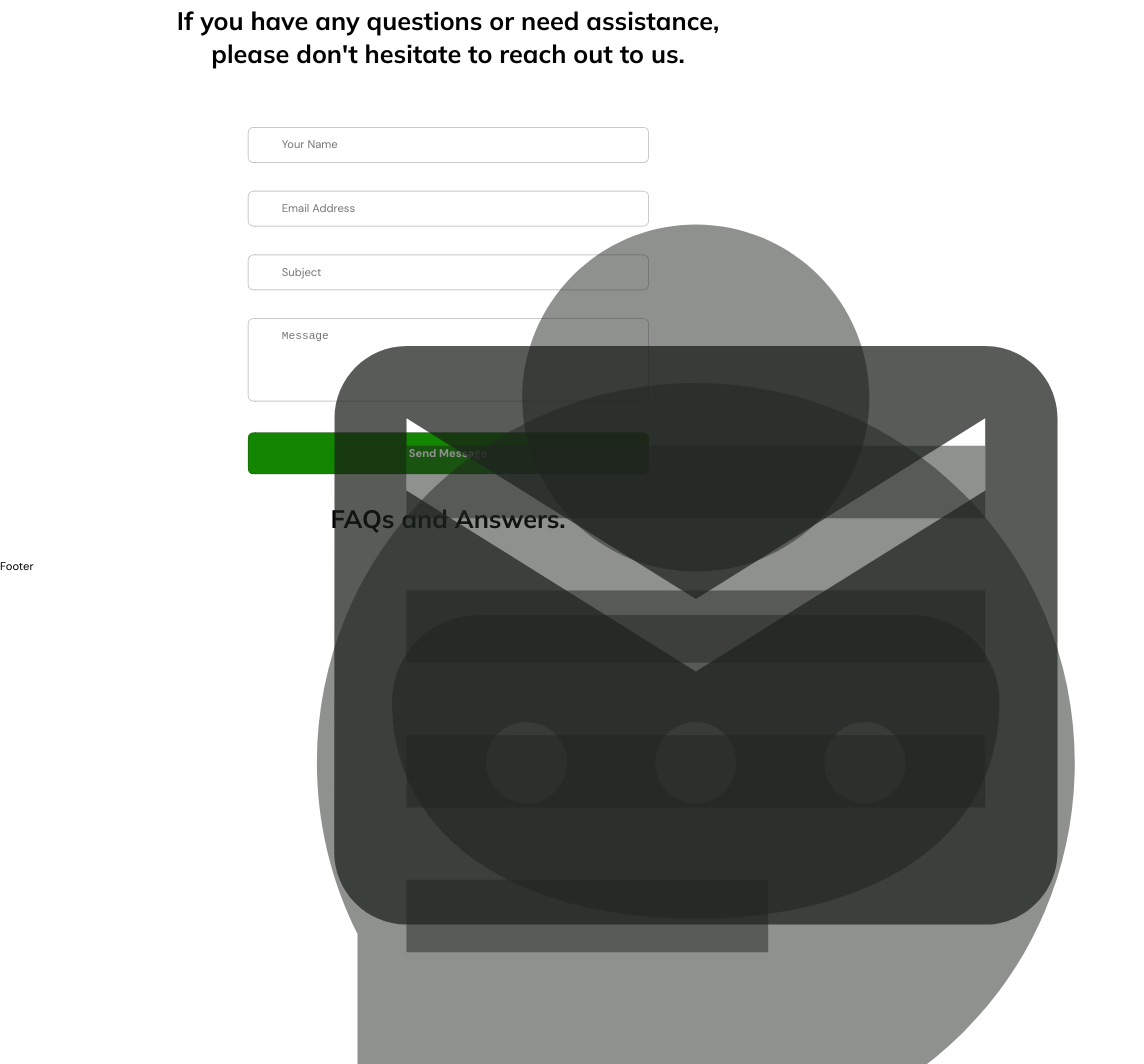
Repository: nacossuil/Uil-Nacos-Web
Page: /contact (app in frontend/)
The author's editor kept a copy of each file at every save. The page is drawn from the files as they stood at one save, then again after the next save.
The browser window is 1280 px wide. The page is 1634 px wide, so the pictures cover 1634 px, including what lies to the right of the window. The pictures show the part of the page from y = 431 to 1951 px (the page is 2160 px tall), at 70% of full size.
The project was rebuilt for these pictures with package versions that can differ from the ones it lists, and the page was loaded fresh each time. Also part of the build but not shown: frontend/vite.config.js, frontend/src/components/Home/About/About.jsx, frontend/src/components/Home/Hero/Hero.jsx, frontend/src/pages/Home/HomePage.jsx, frontend/src/pages/About/AboutPage.jsx, frontend/src/pages/Events/EventsPage.jsx, frontend/src/pages/Opportunities/tempData.js, frontend/src/pages/Opportunities/OpportunitiesPage.jsx and 1 more.

Above is the page before, as saved 2023-11-15 13:13:53.

After the next save:
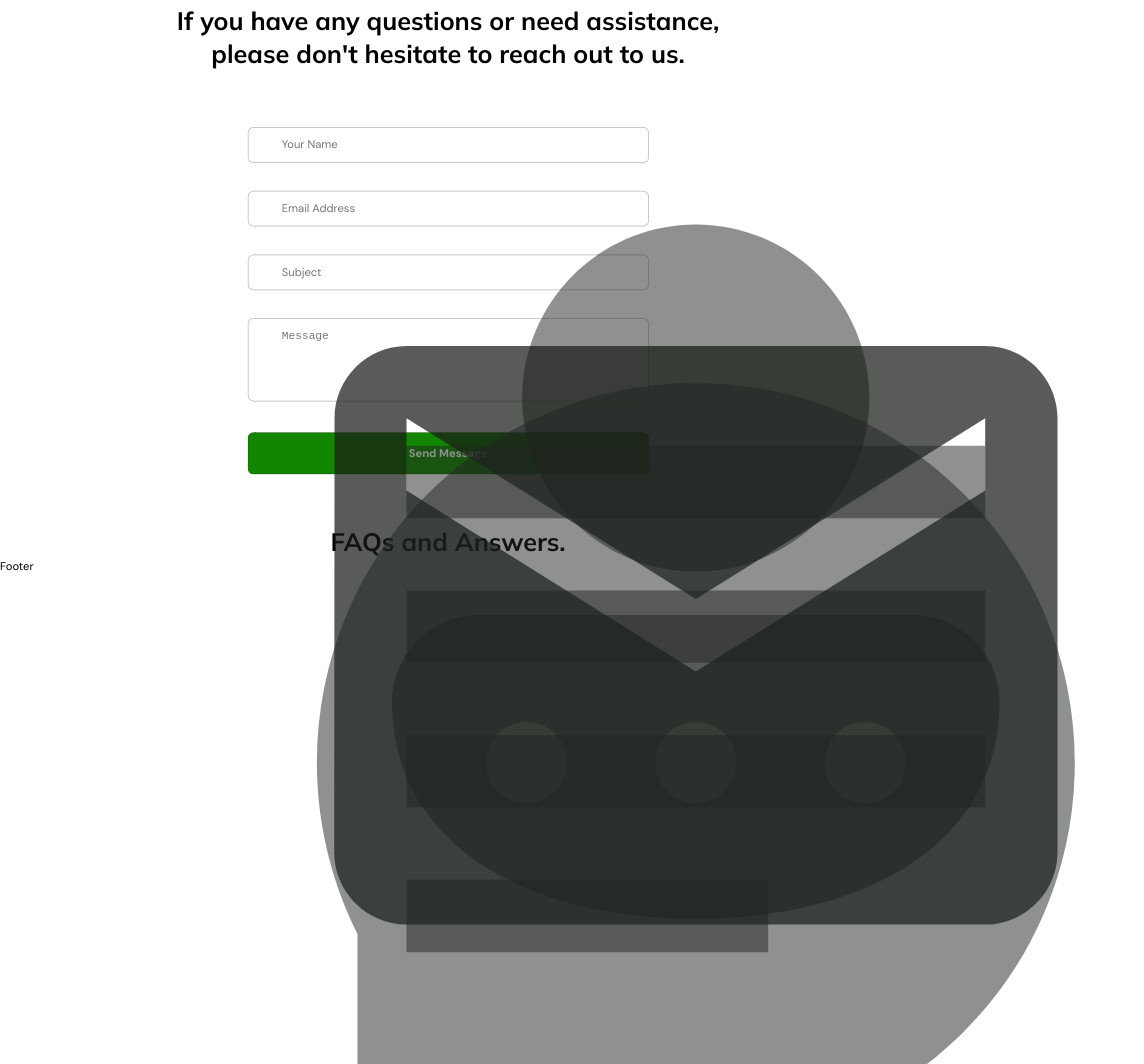
Saved 8 s later.
--- a/frontend/src/pages/Contact/ContactPage.css
+++ b/frontend/src/pages/Contact/ContactPage.css
@@ -91,5 +91,5 @@
 
 .third {
     width: 100%;
-    margin-bottom: 2rem;
+    margin-top: 2rem;
 }
